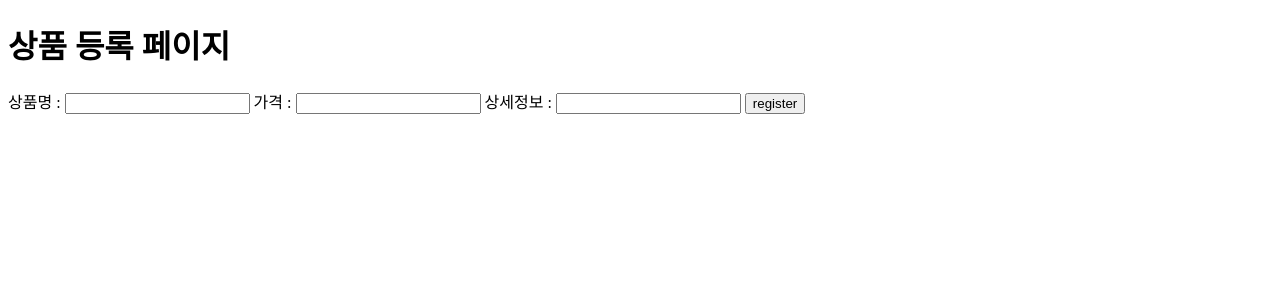
Repository: sujeong1799/JSP
Page: http://localhost/jsp_study/register.jsp
These files come from the project's save history. The page is drawn as it stood at one moment and after the next save; the edit follows.
The browser window is 1280 px wide. The pictures show the whole page.
The page is served by Tomcat 9.

Above is the page before, as saved 2023-05-11 01:37:36.

After the next save:
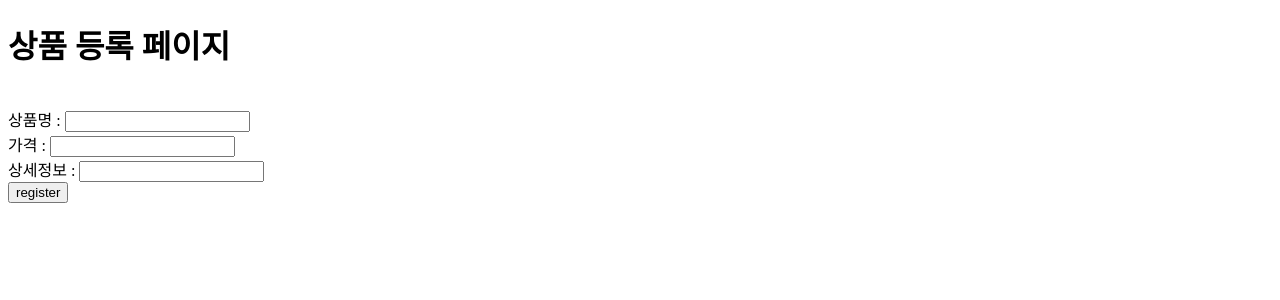
Saved 5 min 16 s later.
--- a/jsp_project1/jsp_study/src/main/webapp/register.jsp
+++ b/jsp_project1/jsp_study/src/main/webapp/register.jsp
@@ -8,11 +8,11 @@
 </head>
 <body>
 	<h1>상품 등록 페이지 </h1>
-
+	<br>
 	<form action="./insert.pd" method="post">
-	상품명 : <input type="text" name="pname">
-	가격 : <input type="text" name="price">
-	상세정보 : <input type="text" name="madeby">
+	상품명 : <input type="text" name="pname"><br>
+	가격 : <input type="text" name="price"> <br>
+	상세정보 : <input type="text" name="madeby"> <br>
 
 	<button type="submit">register</button>
 	</form>
